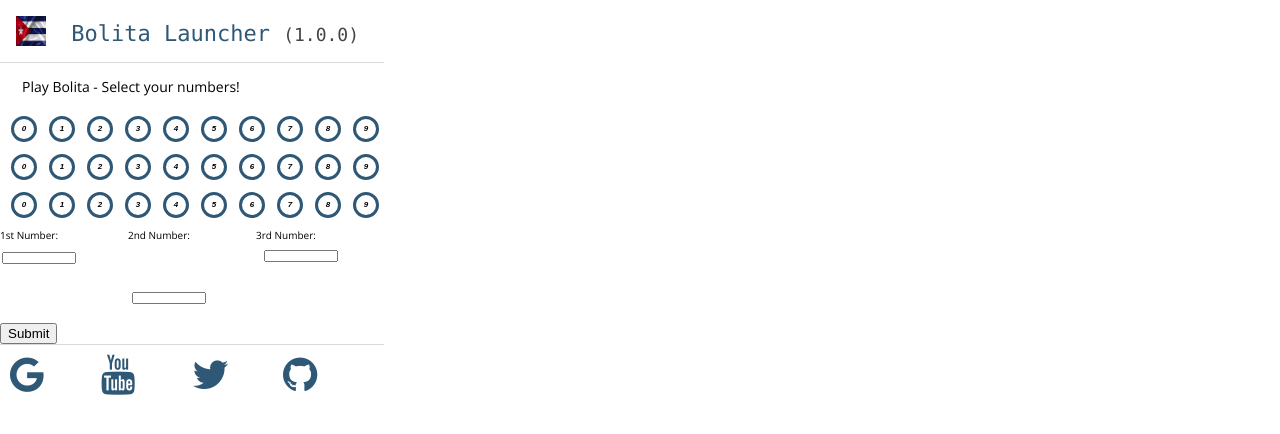
Repository: markymark617/BolitaChromeExtension
Page: popup.html
The author's editor kept a copy of each file at every save. The page is drawn from the files as they stood at one save, then again after the next save.
The browser window is 1280 px wide. The pictures show the whole page.

Above is the page before, as saved 2020-09-06 14:33:49.

After the next save:
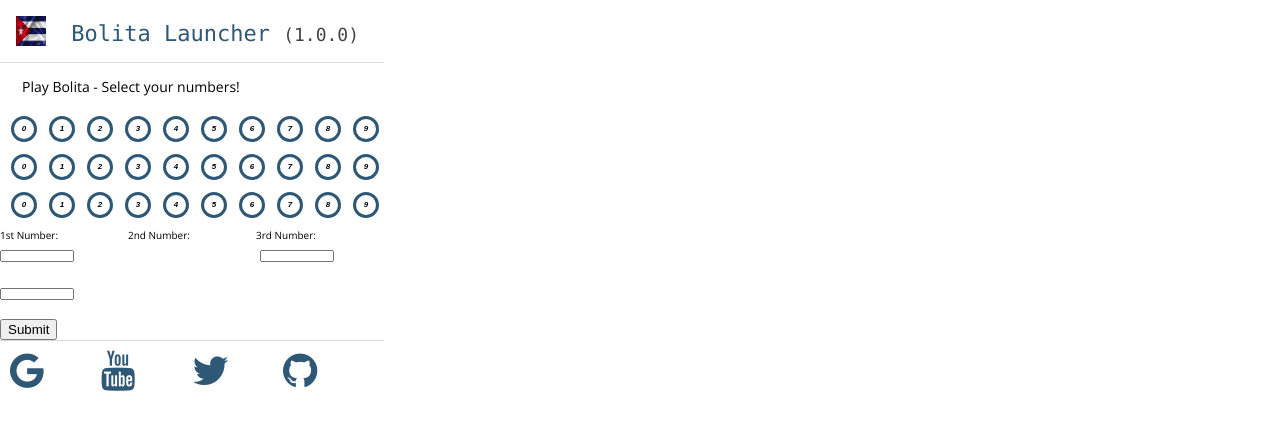
Saved 28 s later.
--- a/popup.html
+++ b/popup.html
@@ -368,15 +368,15 @@
 
 
                 <div class="row">
-                    <div class="column">
+                    <div class="column-left">
 
                         <input type="text" id="firstBetInput" name="firstBetInput"><br><br>
                     </div>
-                    <div class="column"></div>
+                    <div class="column-center"></div>
 
                         <input type="text" id="secondBetInput" name="secondBetInput"><br><br>
                     </div>
-                    <div class="column"></div>
+                    <div class="column-right"></div>
 
                         <input type="text" id="thirdBetInput" name="thirdBetInput"><br><br>
                     </div>
